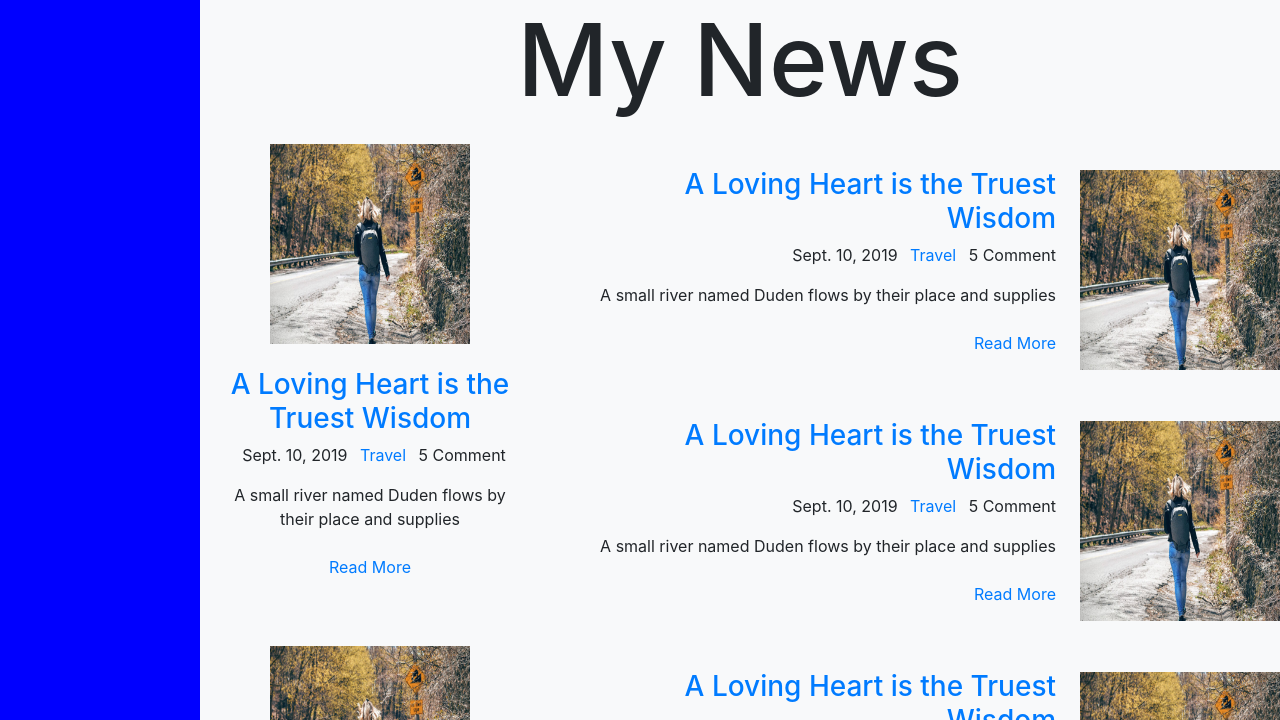
Repository: tts2610/GoogleNews
Page: index.html
An editor plug-in stored every save of this project. The page is shown before and after the next save, followed by the edit.
The browser window is 1280 px wide. The pictures show the whole page.
An inner scrolling area shows only its first screen.

Above is the page before, as saved 2020-05-20 14:21:19.

### index.html
<!DOCTYPE html>
<html lang="en">

<head>
    <meta charset="UTF-8">
    <meta name="viewport" content="width=device-width, initial-scale=1.0">
    <title>Document</title>
    <link rel="stylesheet" href="https://maxcdn.bootstrapcdn.com/bootstrap/4.4.1/css/bootstrap.min.css">

    <!-- jQuery library -->
    <script src="https://ajax.googleapis.com/ajax/libs/jquery/3.5.1/jquery.min.js"></script>

    <!-- Popper JS -->
    <script src="https://cdnjs.cloudflare.com/ajax/libs/popper.js/1.16.0/umd/popper.min.js"></script>

    <!-- Latest compiled JavaScript -->
    <script src="https://maxcdn.bootstrapcdn.com/bootstrap/4.4.1/js/bootstrap.min.js"></script>
    <link rel="stylesheet" href="css/style.css">

    <link href="https://unpkg.com/aos@2.3.1/dist/aos.css" rel="stylesheet">
</head>

<body>
    <div class="myContainer">
        <div class="sidenav"></div>
        <div class="content" id="myContent">
            <div class="content-header mb-4">
                <h1 style="font-size: 100px; text-align: center;">My News</h1>
            </div>
            <div class="row">
                <div class="col-4 d-flex">
                    <div class="blog-entry-left">
                        <div>
                            <img src="img/image_8.jpg" width="200" height="200">
                        </div>
                        <div class="text p-4" style="text-align: center;">
                            <h3 class="mb-2"><a href="single.html">A Loving Heart is the Truest Wisdom</a></h3>
                            <div class="meta-wrap">
                                <p class="meta">
                                    <span><i class="icon-calendar mr-2"></i>Sept. 10, 2019</span>
                                    <span><a href="single.html"><i class="icon-folder-o mr-2"></i>Travel</a></span>
                                    <span><i class="icon-comment2 mr-2"></i>5 Comment</span>
                                </p>
                            </div>
                            <p class="mb-4">A small river named Duden flows by their place and supplies</p>
                            <p><a href="#" class="btn-custom">Read More <span class="ion-ios-arrow-forward"></span></a></p>
                        </div>
                    </div>
                </div>
                <div class="col-8 d-flex">
                    <div class="row">
                        <div class="col-md-12">
                            <div class="blog-entry ftco-animate d-md-flex align-items-center">
                                <div class="text text-2 text-md-right p-4">
                                    <h3 class="mb-2"><a href="single.html">A Loving Heart is the Truest Wisdom</a></h3>
                                    <div class="meta-wrap">
                                        <p class="meta">
                                            <span><i class="icon-calendar mr-2"></i>Sept. 10, 2019</span>
                                            <span><a href="single.html"><i class="icon-folder-o mr-2"></i>Travel</a></span>
                                            <span><i class="icon-comment2 mr-2"></i>5 Comment</span>
                                        </p>
                                    </div>
                                    <p class="mb-4">A small river named Duden flows by their place and supplies</p>
                                    <p><a href="#" class="btn-custom">Read More <span class="ion-ios-arrow-forward"></span></a></p>
                                </div>
                                <div class="news-img"><img src="img/image_8.jpg" width="200" height="200"></div>
                            </div>
                        </div>
                        <div class="col-md-12">
                            <div class="blog-entry ftco-animate d-md-flex align-items-center">
                                <div class="text text-2 text-md-right p-4">
                                    <h3 class="mb-2"><a href="single.html">A Loving Heart is the Truest Wisdom</a></h3>
                                    <div class="meta-wrap">
                                        <p class="meta">
                                            <span><i class="icon-calendar mr-2"></i>Sept. 10, 2019</span>
                                            <span><a href="single.html"><i class="icon-folder-o mr-2"></i>Travel</a></span>
                                            <span><i class="icon-comment2 mr-2"></i>5 Comment</span>
                                        </p>
                                    </div>
                                    <p class="mb-4">A small river named Duden flows by their place and supplies</p>
                                    <p><a href="#" class="btn-custom">Read More <span class="ion-ios-arrow-forward"></span></a></p>
                                </div>
                                <div class="news-img"><img src="img/image_8.jpg" width="200" height="200"></div>
                            </div>
                        </div>
                    </div>
                </div>
            </div>

            <div class="row">
                <div class="col-4 d-flex">
                    <div class="blog-entry-left">
                        <div>
                            <img src="img/image_8.jpg" width="200" height="200">
                        </div>
                        <div class="text p-4" style="text-align: center;">
                            <h3 class="mb-2"><a href="single.html">A Loving Heart is the Truest Wisdom</a></h3>
                            <div class="meta-wrap">
                                <p class="meta">
                                    <span><i class="icon-calendar mr-2"></i>Sept. 10, 2019</span>
                                    <span><a href="single.html"><i class="icon-folder-o mr-2"></i>Travel</a></span>
                                    <span><i class="icon-comment2 mr-2"></i>5 Comment</span>
                                </p>
                            </div>
                            <p class="mb-4">A small river named Duden flows by their place and supplies</p>
                            <p><a href="#" class="btn-custom">Read More <span class="ion-ios-arrow-forward"></span></a></p>
                        </div>
                    </div>
                </div>
                <div class="col-8 d-flex">
                    <div class="row">
                        <div class="col-md-12">
                            <div class="blog-entry ftco-animate d-md-flex align-items-center">
                                <div class="text text-2 text-md-right p-4">
                                    <h3 class="mb-2"><a href="single.html">A Loving Heart is the Truest Wisdom</a></h3>
                                    <div class="meta-wrap">
                                        <p class="meta">
                                            <span><i class="icon-calendar mr-2"></i>Sept. 10, 2019</span>
                                            <span><a href="single.html"><i class="icon-folder-o mr-2"></i>Travel</a></span>
                                            <span><i class="icon-comment2 mr-2"></i>5 Comment</span>
                                        </p>
                                    </div>
                                    <p class="mb-4">A small river named Duden flows by their place and supplies</p>
                                    <p><a href="#" class="btn-custom">Read More <span class="ion-ios-arrow-forward"></span></a></p>
                                </div>
                                <div class="news-img"><img src="img/image_8.jpg" width="200" height="200"></div>
                            </div>
                        </div>
                        <div class="col-md-12">
                            <div class="blog-entry ftco-animate d-md-flex align-items-center">
                                <div class="text text-2 text-md-right p-4">
                                    <h3 class="mb-2"><a href="single.html">A Loving Heart is the Truest Wisdom</a></h3>
                                    <div class="meta-wrap">
                                        <p class="meta">
                                            <span><i class="icon-calendar mr-2"></i>Sept. 10, 2019</span>
                                            <span><a href="single.html"><i class="icon-folder-o mr-2"></i>Travel</a></span>
                                            <span><i class="icon-comment2 mr-2"></i>5 Comment</span>
                                        </p>
                                    </div>
                                    <p class="mb-4">A small river named Duden flows by their place and supplies</p>
                                    <p><a href="#" class="btn-custom">Read More <span class="ion-ios-arrow-forward"></span></a></p>
                                </div>
                                <div class="news-img"><img src="img/image_8.jpg" width="200" height="200"></div>
                            </div>
                        </div>
                    </div>
                </div>
            </div>


        </div>
    </div>

    <script src="js/script.js"></script>
    <script src="https://unpkg.com/aos@2.3.1/dist/aos.js"></script>
    <script>
        AOS.init();
    </script>
</body>

</html>

### css/style.css
body {
    margin: 0
}

.myContainer {
    display: flex;
    justify-content: start;
}

.sidenav {
    min-height: 100vh;
    width: 200px;
    float: left;
    position: relative;
    background-color: blue;
}

.content {
    height: 100vh;
    width: calc(100% - 200px);
    float: right;
    position: relative;
    background-color: #f8f9fa;
    overflow-y: scroll;
}

.blog-entry-left {
    display: flex;
    flex-direction: column;
    align-items: center;
}

Loaded but not shown: js/script.js (common file)

After the next save:
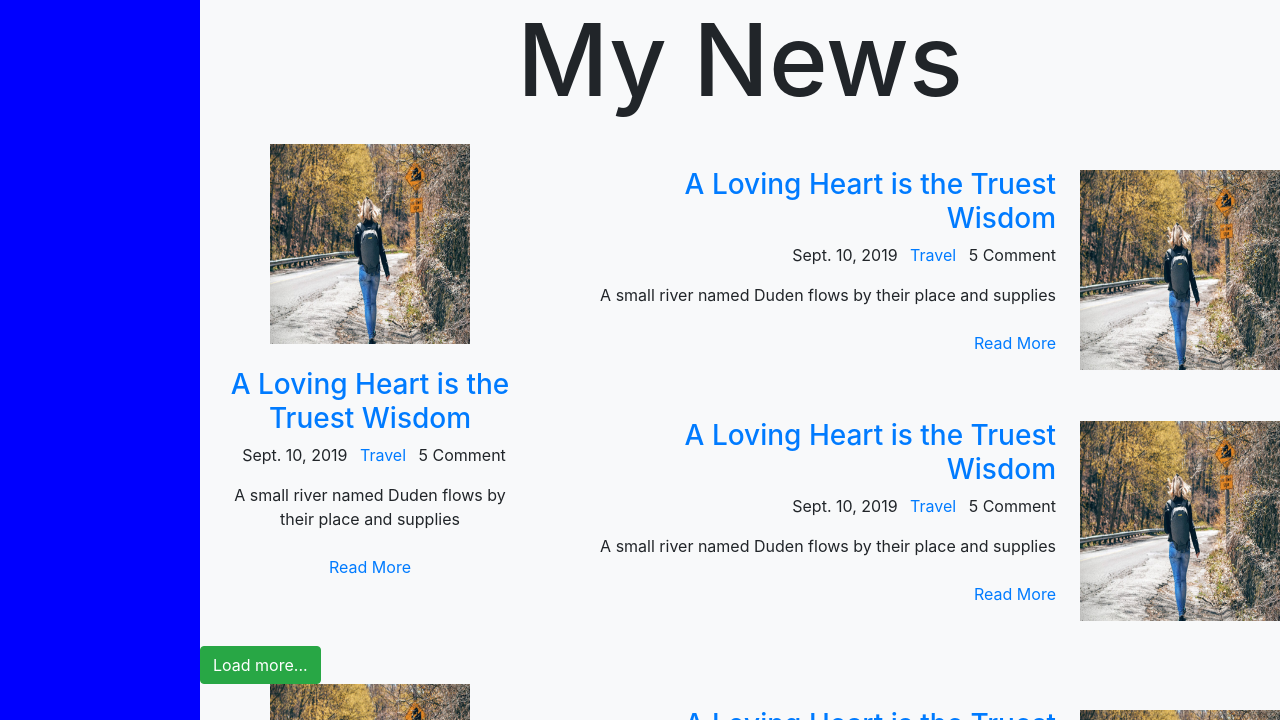
Saved 111 s later.
--- a/index.html
+++ b/index.html
@@ -86,7 +86,7 @@
                     </div>
                 </div>
             </div>
-
+            <button type="button" class="btn btn-success">Load more...</button>
             <div class="row">
                 <div class="col-4 d-flex">
                     <div class="blog-entry-left">
